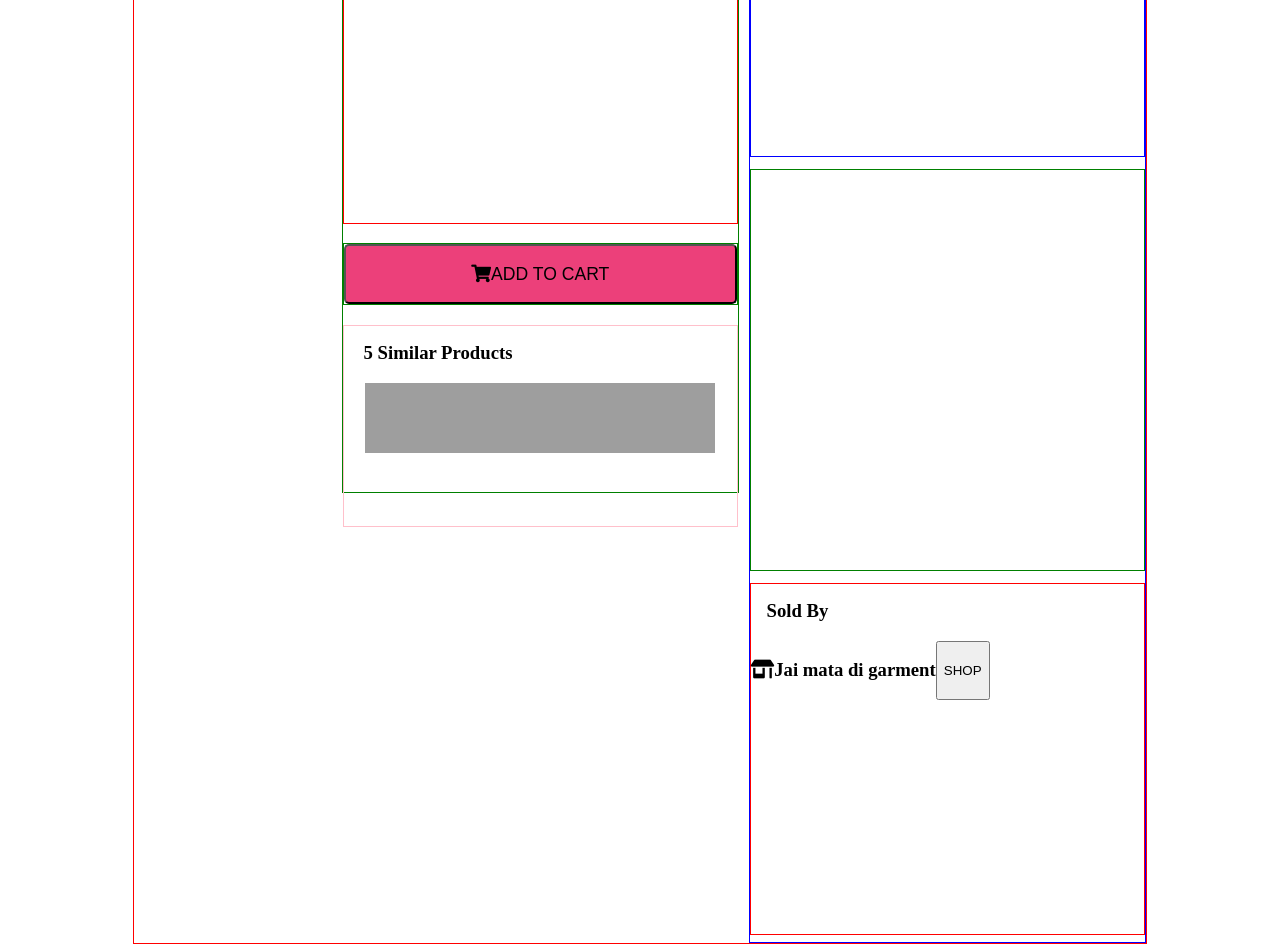
Repository: deepakxxxx/meesho
Page: catelog.html
These files come from the project's save history. The page is drawn as it stood at one moment and after a run of saves; the edit follows.
The browser window is 1280 px wide. The pictures show the part of the page from y = 419 to 1371 px (the page is 1371 px tall).
Pictures or frames that could not be fetched are drawn as grey boxes. A picture or video elsewhere on the page could not be fetched, so the positions and the page height are approximate.

Above is the page before, as saved 2021-11-06 17:43:31.

### catelog.html
<!DOCTYPE html>
<html lang="en">
<head>
    <meta charset="UTF-8">
    <meta http-equiv="X-UA-Compatible" content="IE=edge">
    <meta name="viewport" content="width=device-width, initial-scale=1.0">
    <link rel="stylesheet" href="https://use.fontawesome.com/releases/v5.15.4/css/all.css" integrity="sha384-DyZ88mC6Up2uqS4h/KRgHuoeGwBcD4Ng9SiP4dIRy0EXTlnuz47vAwmeGwVChigm" crossorigin="anonymous">
    <title>Document</title>
</head>
<style>
      #main{
        width: 100%;
        height: 136px;
        border: 1px solid white;
        margin: auto;
        /* position: fixed; */
    }
    #top{
        width: 100%;
        height: 70px;
        /* border: 1px solid red; */
        display: flex;

    }
    #left{
        display: flex;
        width: 55%;
    }
    #meesho{
      text-decoration: none;
      font-size: 50px;
      color: #F06292;
      font-weight: bold;
      margin-left: 25%;
      margin-top: 1%;
      /* margin-right: 0px; */
    }
    #search{
        /* margin-left: 30%; */
        height: 60px;
        width: 400px;
        border-radius: 6px;
        margin-top: 1%;
        /* margin-left: 0px; */
        border: 1px solid #BDBDBD;
        font-size: 90%;
        /* margin-right: 60%; */
    }
    #right{
        display: flex;
        list-style-type: none;
        column-gap: 30px;

    }
    #rightmain{
        width: 45%;
        margin-right: 6%;
        /* margin-top: 9px; */
    }
    #app{
        text-decoration: none;
        margin-left: 10px;
        margin-top: 9px;
        font-size: 103%;
        color: black;
    }
    #supp{
        text-decoration: none;
        margin-top: 9px;
        font-size: 103%;
        color: black;
    }
    #profile{
        text-decoration: none;
        font-size: 103%;
        color: black;
    }
    #cart{
        text-decoration: none;
        font-size: 103%;
        color: black;
    }
    #app:hover{
        color: #EC407A;
        text-decoration: underline;
    }
    #profile:hover{
        color: #EC407A;
        text-decoration: underline;
    }
    .line1{
        height: 30px;
    }
    .line2{
        color: #BDBDBD;
    }
    #heading
    {
        width: 73%;
        margin:  5% auto auto auto ;
        display: grid;
        grid-template-columns: 23% 54% 23%;
        padding: 1%;
        position: sticky;
    }
    #topic{
        margin-top:-15px;
        text-align: center;
    }
    #collection{
        display: flex;
        margin-left: 2%;
        list-style-type: none;
        font-size: 105%;
        column-gap: 63px;

    }
    ul > a{
        text-decoration: none;
        color: black;
    }
    ul > a :hover{
        color: #EC407A;
        /* text-decoration: underline; */
    }
    #container{
        width: 80%;
        border: 1px solid red;
        margin: auto;
        display: flex;
        margin-top: 1%;
        column-gap: 1%;
    }
    #smallImg{
        width: 20%;
        /* border: 1px solid blue; */
        height: 300px;
    }
    #bigImg{
        width: 40%;
        border: 1px solid green;
        height: 750px;
    }
    #descr{
        width: 40%;
        border: 1px solid blue;
        height: 1200px;
    }
    .product_sneek_peek{
        width: 70px;
        height: 70px;
        border: 1px solid red;
        margin-left: 69%;
        border-radius: 5px;
    }
    #imgDi{
        width: 99.5%;
        height: 480px;
        border: 1px solid red;
    }
    #addto{
        width: 99.5%;
        height: 60px;
        border: 1px solid green;
        margin-top: 5%;
    }
    #addto > button{
        width: 100%;
        height: 100%;
        background-color: #EC407A;
        font-size: 110%;
        border-radius: 5px;
    }
    #similar{
        width: 99.5%;
        height: 200px;
        border: 1px solid pink;
        margin-top: 5%;
    }
    #deta{
        width: 99.5%;
        height: 200px;
        border: 1px solid red;
    }
    #sizes{
        width: 99.5%;
        height: 200px;
        border: 1px solid blue;
        margin-top: 3%;
    }
    #infor{
        width: 99.5%;
        height: 400px;
        border: 1px solid green;
        margin-top: 3%;
    }
    #deler{
        width: 99.5%;
        height: 350px;
        border: 1px solid red;
        margin-top: 3%;
    }
    #similar > h3{
        margin-left: 5%;
        margin-top: 4%;
    }
    #simimg{
        display: flex;
        justify-content: center;
    }
    #simimg > img{
        width: 70px;
        height: 70px;
    }
    #deler > h3{
        margin-top: 4%;
        margin-left: 4%;
    }
    #sho{
        display: flex;
    }
</style>
<body>
    <div id="main">

        <div id="top">
            <div id="left">
             <span><a href="" id="meesho"><img src="https://cdn.hevodata.com/customer/logo/8c76f62bd88177a78bb6e2810a244446.png" alt="" rel = "icon" width="40%"></span></a>
             <span><input type="search" id="search" placeholder="Try Saree,Kurti or Search by Product Code"> </span>
            </div>
            <div id="rightmain">
                <ul id="right">
                    <div id="app">
                      <li><a href="" id="app"><i class="fas fa-mobile-alt"></i></a><a href="" id="app">Download App</a></li>

                    </div>
                    <hr class="line1">
                    <div id="supp">
                      <li><a href="" id="supp">Become a Supplier</a></li>

                    </div>
                    <hr class="line1">
                    <div>
                       <a href="" id="profile"><i class="far fa-user"></i></a>
                      <li><a href="" id="profile">Profile</a></li>
                    </div>

                    <hr class="line1">
                    <div>
                      <a href="" id="cart"><i class="fas fa-shopping-cart"></i></a>
                      <li><a href="" id="cart">Cart</a></li></li>
                    </div>

                </ul>
            </div>
        </div>

        <hr class="line2">
        <div id="secondLine">
        <ul id="collection">
            <a href="" class="same"><li>Women Ethnic</li></a>

            <a href="" class="same"><li>Women Western</li></a>

            <a href="" class="same"><li>Jewellery & Accessories</li></a>
            <a href="" class="same"><li>Men</li></a>
            <a href="" class="same"><li>Beauty & Health</li></a>
            <a href="" class="same"><li>Bags & Footwear</li></a>
            <a href="" class="same"><li>Home & Kitchen</li></a>
            <a href="" class="same"><li>Kids</li></a>
            <a href="" class="same"><li>Electronics</li></a>
        </ul>
      </div>
      <hr class="line2">
    </div>

    <div id="container">
        <div id="smallImg">
            <div class="product_sneek_peek">

            </div>
        </div>
        <div id="bigImg">
            <div id="imgDi">

            </div>
            <div id="addto">
                <button><i class="fas fa-shopping-cart"></i>ADD TO CART</button>
            </div>
            <div id="similar">
            <h3>5 Similar Products</h3>
            <div id="simimg">
                <img src="https://images.meesho.com/images/products/59272960/fddtp_512.jpg"/>
                <img src="https://images.meesho.com/images/products/59272964/a4l8y_512.jpg"/>
                <img src="https://images.meesho.com/images/products/59272962/azz7k_512.jpg"/>
                <img src="https://images.meesho.com/images/products/59272963/a5qjv_512.jpg"/>
                <img src="https://images.meesho.com/images/products/59272961/mx9tt_512.jpg"/>
            </div>
            </div>
        </div>
        <div id="descr">
            <div id="deta"></div>
            <div id="sizes"></div>
            <div id="infor"></div>
            <div id="deler">
                <h3>Sold By</h3>
                <div id="sho">
                    <h3><i class="fas fa-store-alt"></i>Jai mata di garment</h3>
                    <button>SHOP</button>
                </div>

            </div>
        </div>
    </div>
</body>
</html>

After the next 2 saves:
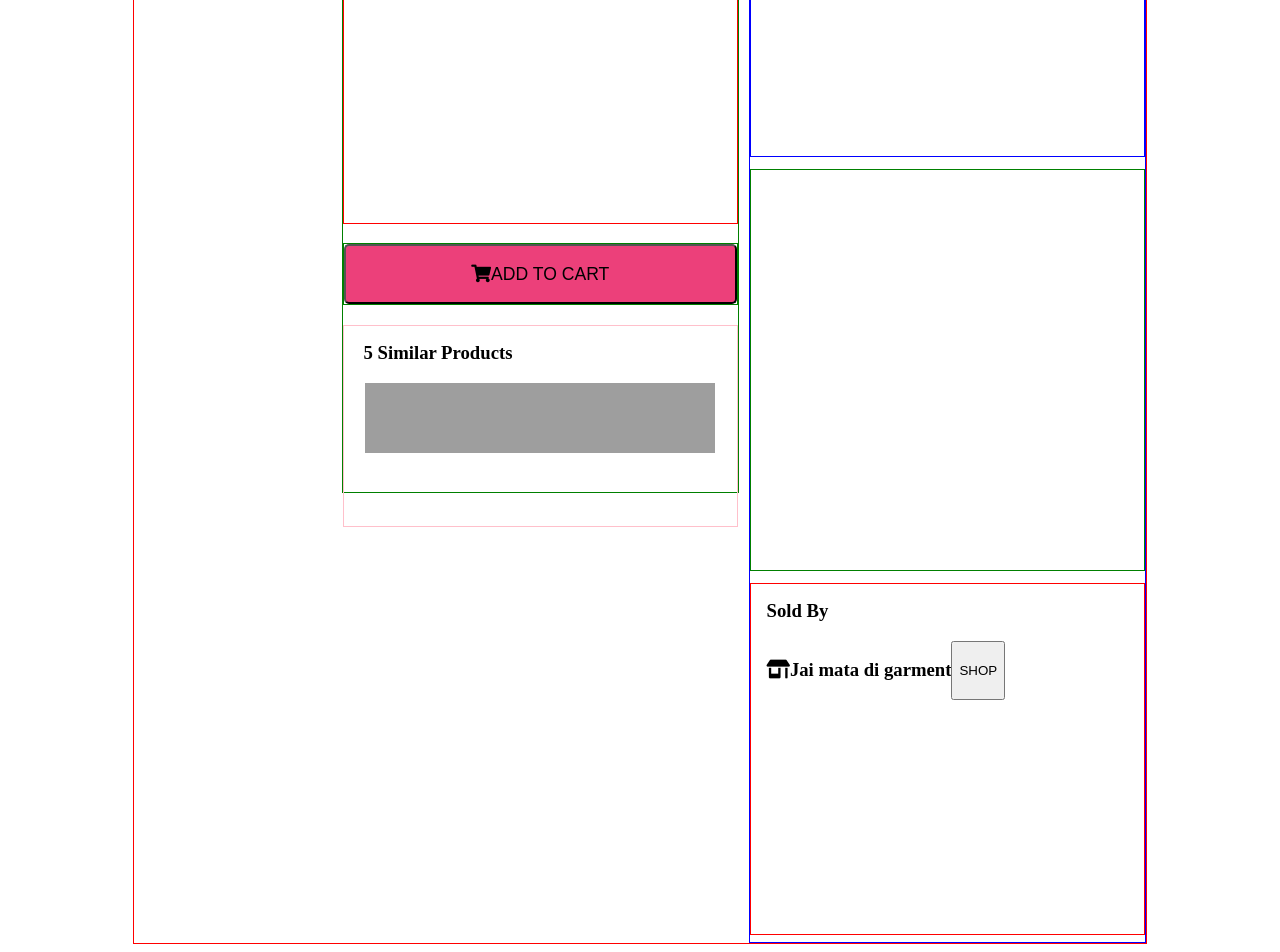
The 2 saves are shown as one change because they came seconds apart.
The last was saved 10 s later.
--- a/catelog.html
+++ b/catelog.html
@@ -218,6 +218,7 @@
     }
     #sho{
         display: flex;
+        margin-left: 4%;
     }
 </style>
 <body>
